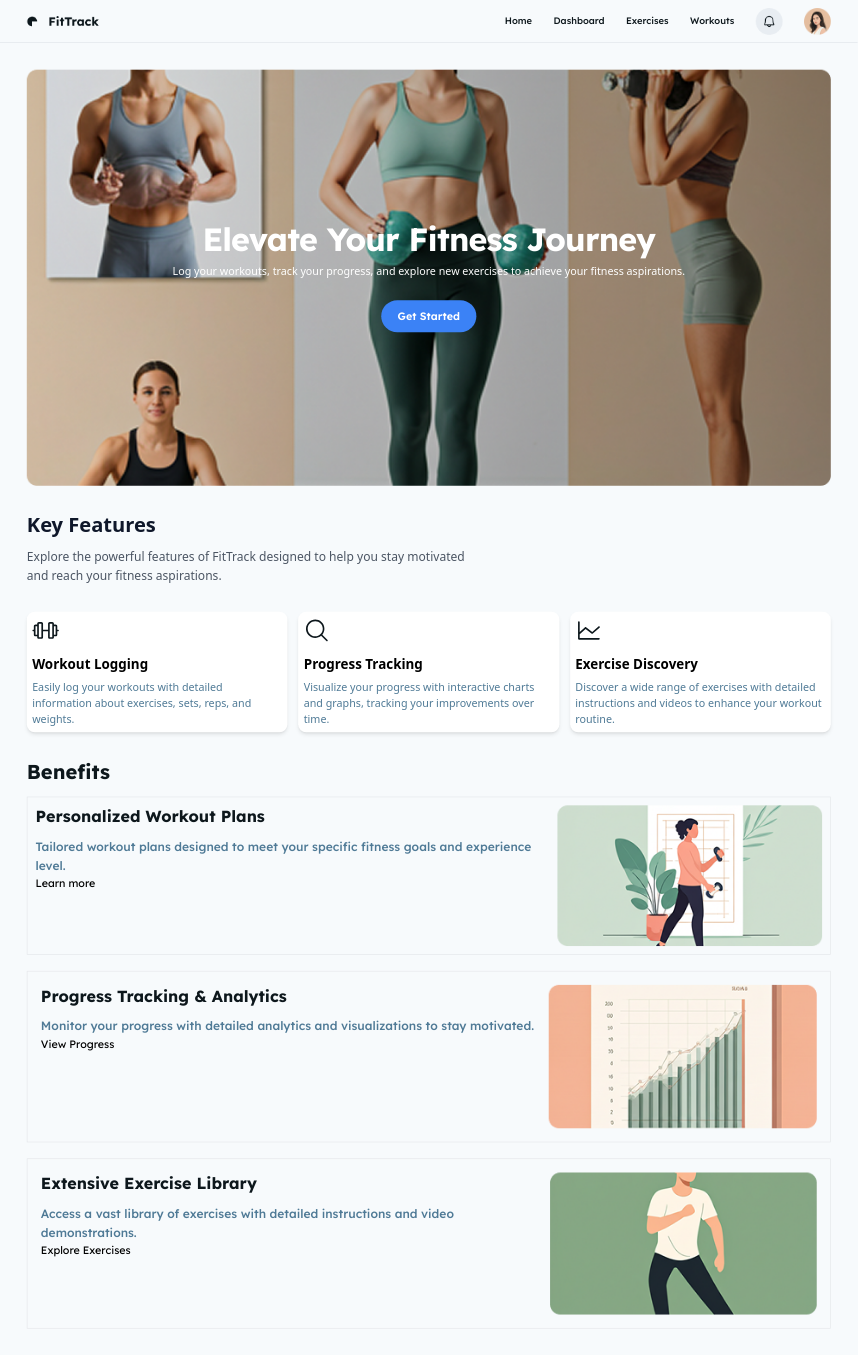
Repository: Emy-gold/fitness-tracking-platform
Page: /
These files come from the project's save history. The page is drawn as it stood at one moment and after the next save; the edit follows.
The browser window is 1280 px wide. The pictures show the whole page, at 67% of full size.
The project was rebuilt for these pictures with package versions that can differ from the ones it lists, and the page was loaded fresh each time. Also part of the build but not shown: vite.config.js, src/Pages/Dashboard.jsx, src/Pages/Exercises.jsx, src/Pages/Workouts.jsx, src/components/Footer.jsx.

Above is the page before, as saved 2025-08-27 23:45:48.

After the next save:
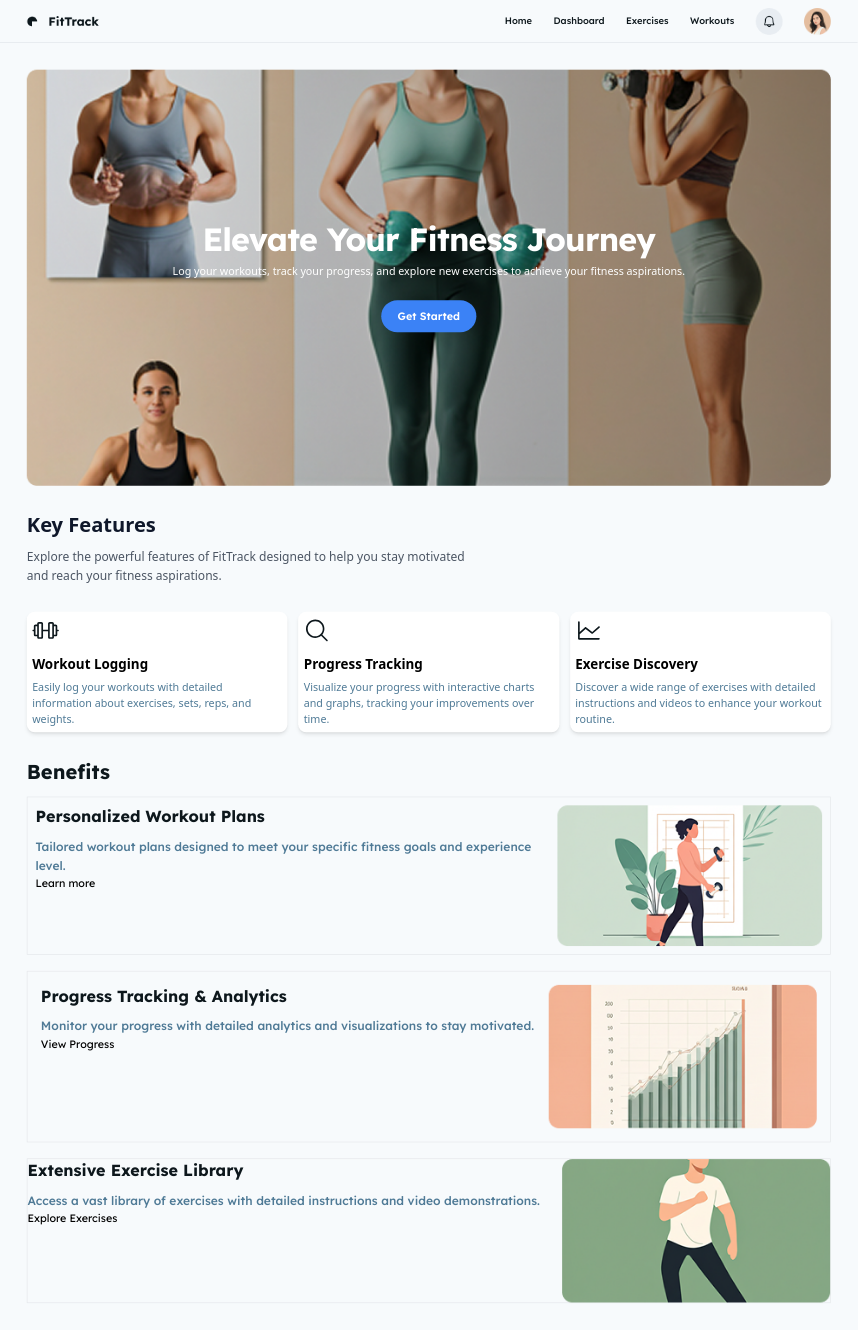
Saved 6 s later.
--- a/src/Pages/Home.jsx
+++ b/src/Pages/Home.jsx
@@ -62,7 +62,7 @@
                             </div>
                             <img src={img2} className='lg:w-[400px]' />
                         </div>
-                        <div className='flex justify-between p-5 border lg:w-[1200px]'>
+                        <div className='flex justify-between  border lg:w-[1200px]'>
                             <div className='flex flex-col items-start text-left'>
                                 <h3 className='text-2xl font-bold mb-4 text-textColor'>Extensive Exercise Library</h3>
                                 <p className='text-lg text-paragraphColor font-medium'>Access a vast library of exercises with detailed instructions and video demonstrations.</p>

After the save that followed:
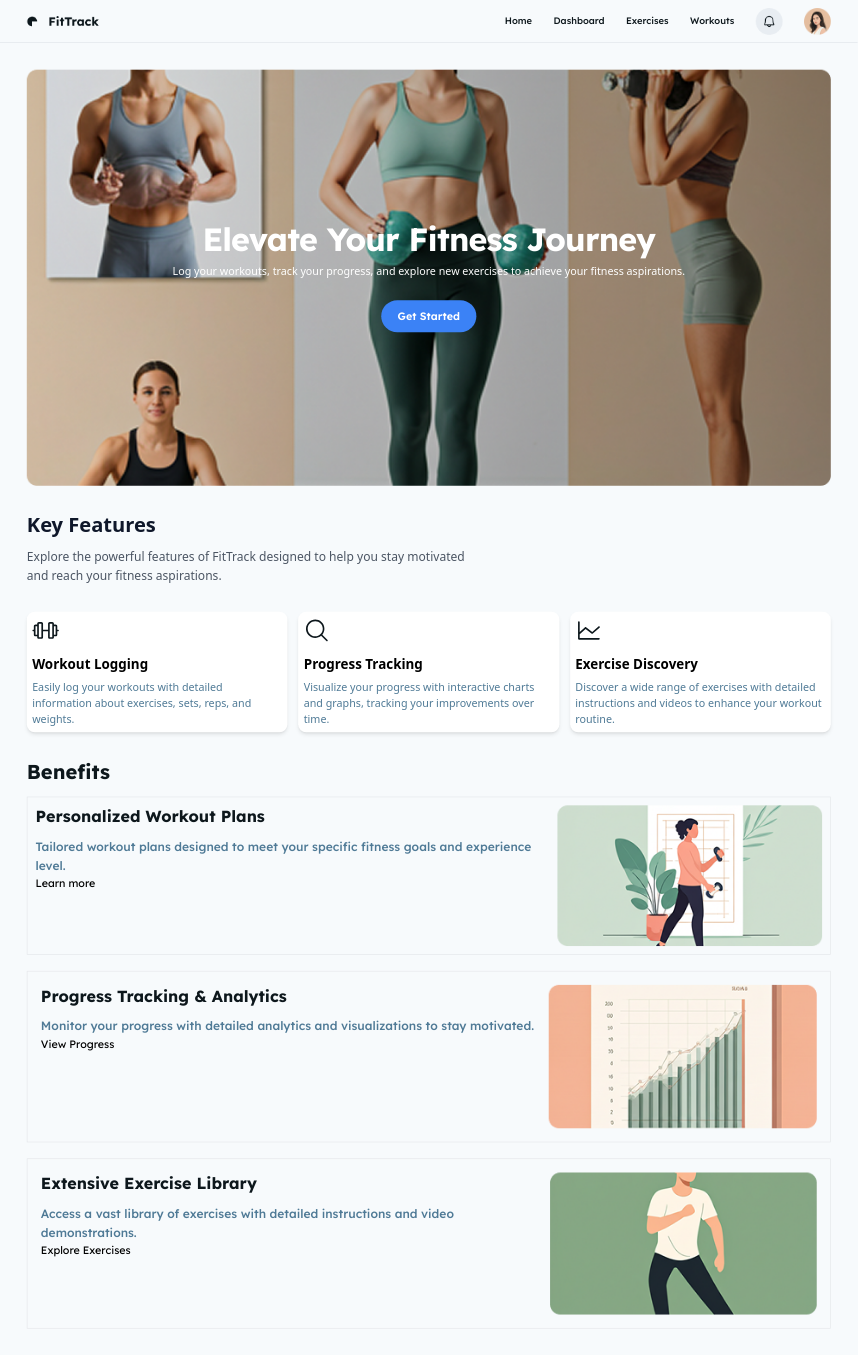
Saved 8 s later.
--- a/src/Pages/Home.jsx
+++ b/src/Pages/Home.jsx
@@ -62,7 +62,7 @@
                             </div>
                             <img src={img2} className='lg:w-[400px]' />
                         </div>
-                        <div className='flex justify-between  border lg:w-[1200px]'>
+                        <div className='flex justify-between p-5 border lg:w-[1200px]'>
                             <div className='flex flex-col items-start text-left'>
                                 <h3 className='text-2xl font-bold mb-4 text-textColor'>Extensive Exercise Library</h3>
                                 <p className='text-lg text-paragraphColor font-medium'>Access a vast library of exercises with detailed instructions and video demonstrations.</p>
